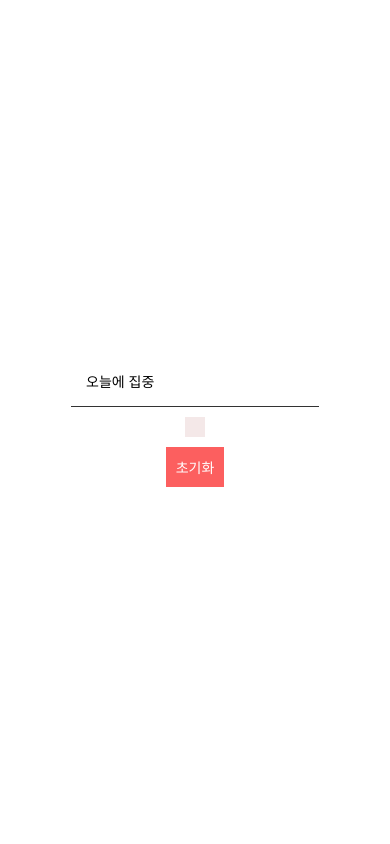
Repository: GoodHoneyCake/toy_project
Page: /
These files come from the project's save history. The page is drawn as it stood at one moment and after a run of saves; the edit follows.
The browser window is 390 px wide. The pictures show the whole page.
The app was drawn by React Native's web renderer in a window 390 px wide. The project was rebuilt for these pictures with package versions that can differ from the ones it lists, and the page was loaded fresh each time.

Above is the page before, as saved 2021-02-05 14:20:13.

### App.js
import React from "react";
import {
  StyleSheet,
  Text,
  View,
  TextInput,
  TouchableOpacity,
} from "react-native";
import AsyncStorage from "@react-native-async-storage/async-storage";

const STORAGE_KEY = "@save_name";

class App extends React.Component {
  state = {
    text: "",
    name: "",
  };

  componentDidMount() {
    this.retrieveData();
  }

  retrieveData = async () => {
    try {
      const name = await AsyncStorage.getItem(STORAGE_KEY);

      if (name !== null) {
        this.setState({ name });
      }
    } catch (e) {
      alert("Failed to load name.");
    }
  };

  save = async (name) => {
    try {
      await AsyncStorage.setItem(STORAGE_KEY, name);
      alert("오늘에 집중♥");
      this.setState({ name });
    } catch (e) {
      alert("Failed to save name.");
    }
  };

  removeEverything = async () => {
    try {
      await AsyncStorage.clear();
      alert("초기화♥");
    } catch (e) {
      alert("Failed to clear the async storage.");
    }
  };

  onChangeText = (text) => this.setState({ text });

  onSubmitEditing = () => {
    const onSave = this.save;
    const { text } = this.state;

    if (!text) return;

    onSave(text);
    this.setState({ text: "" });
  };

  render() {
    const { text, name } = this.state;
    return (
      <View style={styles.container}>
        <TextInput
          style={styles.input}
          value={text}
          placeholder="오늘에 집중"
          onChangeText={this.onChangeText}
          onSubmitEditing={this.onSubmitEditing}
        />
        <Text style={styles.text}>{name}</Text>
        <TouchableOpacity onPress={this.removeEverything} style={styles.button}>
          <Text style={styles.buttonText}>초기화</Text>
        </TouchableOpacity>
      </View>
    );
  }
}

const styles = StyleSheet.create({
  container: {
    flex: 1,
    backgroundColor: "#fff",
    alignItems: "center",
    justifyContent: "center",
  },
  text: {
    fontSize: 20,
    padding: 10,
    backgroundColor: "#f4e8e8",
  },
  input: {
    padding: 15,
    height: 50,
    borderBottomWidth: 1,
    borderBottomColor: "#333",
    margin: 10,
  },
  button: {
    margin: 10,
    padding: 10,
    backgroundColor: "#fc5f5f",
  },
  buttonText: {
    fontSize: 14,
    color: "#fff",
  },
});

export default App;

After the next 2 saves:
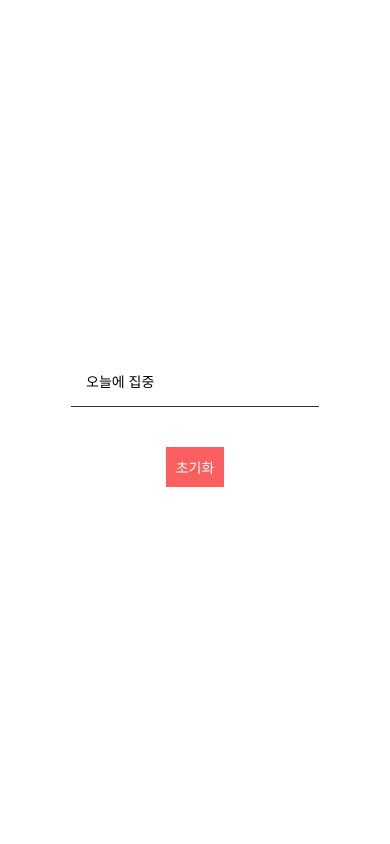
The 2 saves are shown as one change because 1 did not build or start.
The last was saved 14 s later.
--- a/App.js
+++ b/App.js
@@ -93,7 +93,7 @@ const styles = StyleSheet.create({
   text: {
     fontSize: 20,
     padding: 10,
-    backgroundColor: "#f4e8e8",
+    backgroundColor: "#fff",
   },
   input: {
     padding: 15,
